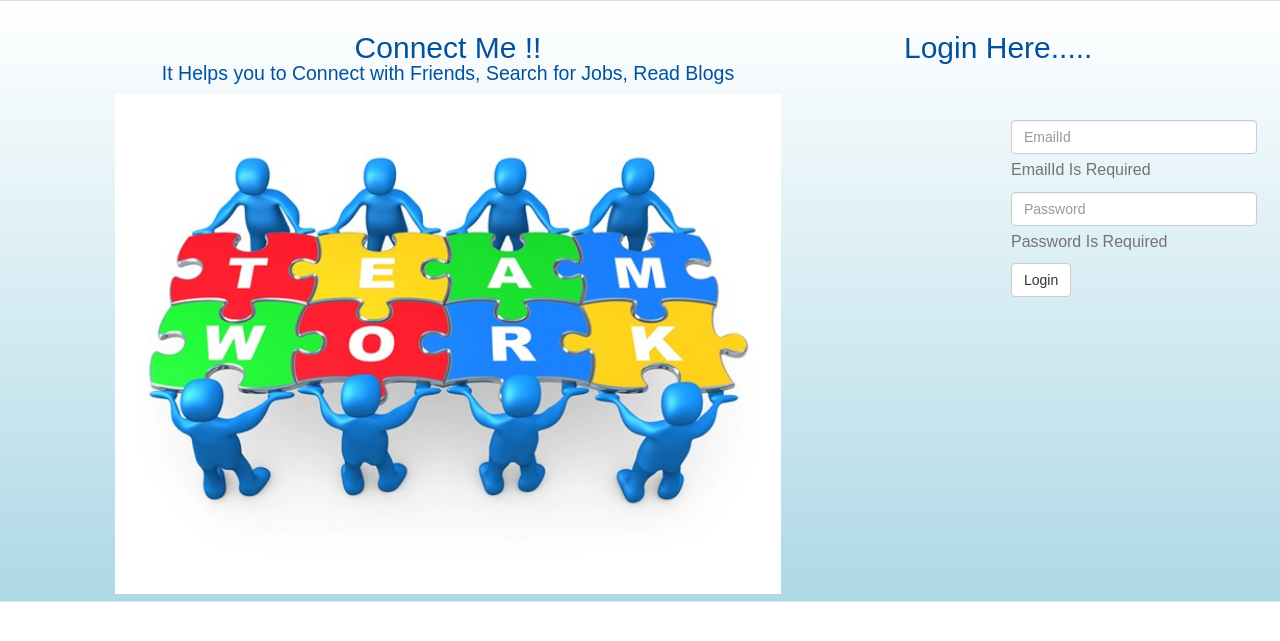
Repository: KaustubhKamat/CollaborationPlatform
Page: CollaborationFrontEnd/WebContent/c_user/login.html
The author's editor kept a copy of each file at every save. The page is drawn from the files as they stood at one save, then again after the next save.
The browser window is 1280 px wide. The pictures show the whole page.
Some web libraries are served in a nearby version.

Above is the page before, as saved 2017-03-03 10:30:31.

### CollaborationFrontEnd/WebContent/c_user/login.html
<html>
<head>
<meta charset="ISO-8859-1">
<title>Insert title here</title>
<link rel="stylesheet"
	href="https://maxcdn.bootstrapcdn.com/bootstrap/3.3.7/css/bootstrap.min.css">
<script
	src="https://ajax.googleapis.com/ajax/libs/jquery/1.12.4/jquery.min.js"></script>
<link rel="stylesheet"
	href="https://maxcdn.bootstrapcdn.com/font-awesome/4.4.0/css/font-awesome.min.css">
<script
	src="https://maxcdn.bootstrapcdn.com/bootstrap/3.3.7/js/bootstrap.min.js"></script>
	<script src="https://ajax.googleapis.com/ajax/libs/angularjs/1.4.8/angular.min.js"></script>
</head>
<body>

<head>

<link rel="stylesheet"
	href="https://maxcdn.bootstrapcdn.com/bootstrap/3.3.7/css/bootstrap.min.css">
<script
	src="https://ajax.googleapis.com/ajax/libs/jquery/3.1.1/jquery.min.js"></script>
<script
	src="https://maxcdn.bootstrapcdn.com/bootstrap/3.3.7/js/bootstrap.min.js"></script>
<style>
body {
	font-family: sans-serif;

}

form {
	margin: 25px auto;
	font-size: medium;
	padding: 10px 20px;
	border-radius: 10px;
	text-align: justify;
}

body {
	background:
}


</style>
<meta http-equiv="Content-Type" content="text/html; charset=ISO-8859-1">
<title>Insert title here</title>
</head>
<body ng-app="">


<div ng-controller="UserController as ctrl">

<table class="table" style=" background: linear-gradient(white, lightblue);">
<tr>
<td width="70%" valign="top" style="padding-top: 10px">
<center> <h2 style="color:#04519b">Connect Me !! <br><small style="color:#04519b">It Helps you to Connect with Friends, Search for Jobs, Read Blogs</small> </h2></center>
<center><img src="resources/Images/login.jpg" height="500px"></center>
</td>
<td width="30%" style="padding-top: 10px">
<h2 style="color:#04519b">Login Here.....</h2>

<br>
<br>
		<div class="form-group" ng-class="{'has-error' : form.emailId.$dirty && form.emailId.$error.required}">
    <div class="col-sm-offset-3 col-sm-9">
      <input type="email" class="form-control" placeholder="EmailId" ng-model="ctrl.user.emailId" id="emailId" name="emailId" required>
      <span ng-show="form.emailId.$dirty && form.emailId.$error.required" class="help-block">EmailId Is Required</span>
    </div>
  </div>

  <div class="form-group" ng-class="{'has-error' : form.password.$dirty && form.password.$error.required}">
    <div class="col-sm-offset-3 col-sm-9">
      <input type="password" class="form-control" placeholder="Password" ng-model="ctrl.user.password" id="password" name="password" required>
       <span ng-show="form.password.$dirty && form.password.$error.required" class="help-block">Password Is Required</span>
    </div>
  </div>
		<div class="form-group">
			<div class="col-sm-offset-3 col-sm-9">
				<input type="hidden" name="${_csrf.parameterName}"
					value="${_csrf.token}">
				<button type="submit" class="btn btn-default">Login</button>
			</div>
		</div>

		</div>
	</form>
	</div>
</td>

 </body>
 </html>

After the next save:
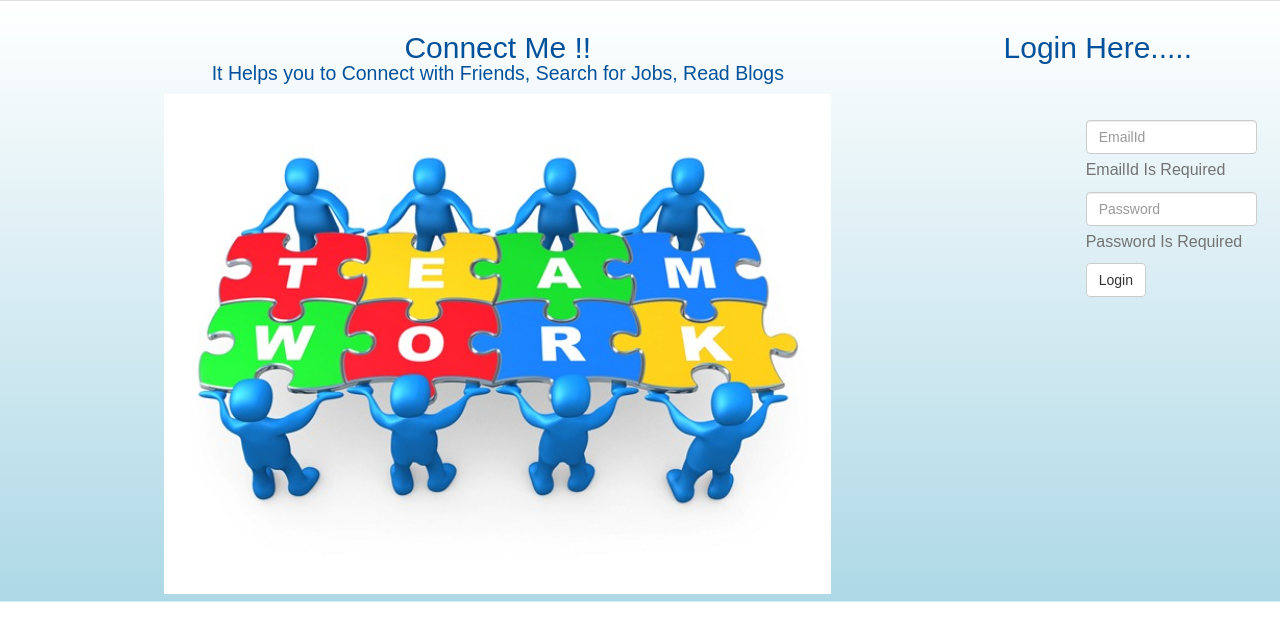
Saved 27 s later.
--- a/CollaborationFrontEnd/WebContent/c_user/login.html
+++ b/CollaborationFrontEnd/WebContent/c_user/login.html
@@ -56,7 +56,7 @@
 <center> <h2 style="color:#04519b">Connect Me !! <br><small style="color:#04519b">It Helps you to Connect with Friends, Search for Jobs, Read Blogs</small> </h2></center>
 <center><img src="resources/Images/login.jpg" height="500px"></center>
 </td>
-<td width="30%" style="padding-top: 10px">
+<td width="20%" style="padding-top: 10px">
 <h2 style="color:#04519b">Login Here.....</h2>
 
 <br>

After the save that followed:
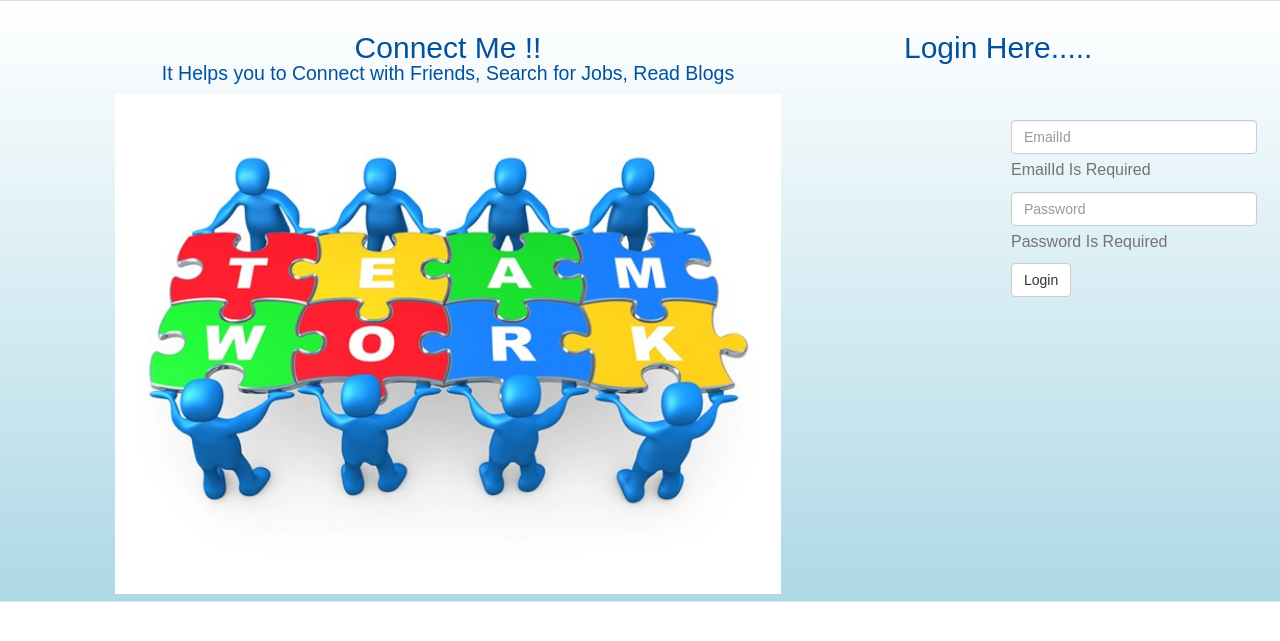
Saved 7 s later.
--- a/CollaborationFrontEnd/WebContent/c_user/login.html
+++ b/CollaborationFrontEnd/WebContent/c_user/login.html
@@ -56,7 +56,7 @@
 <center> <h2 style="color:#04519b">Connect Me !! <br><small style="color:#04519b">It Helps you to Connect with Friends, Search for Jobs, Read Blogs</small> </h2></center>
 <center><img src="resources/Images/login.jpg" height="500px"></center>
 </td>
-<td width="20%" style="padding-top: 10px">
+<td width="30%" style="padding-top: 10px">
 <h2 style="color:#04519b">Login Here.....</h2>
 
 <br>
